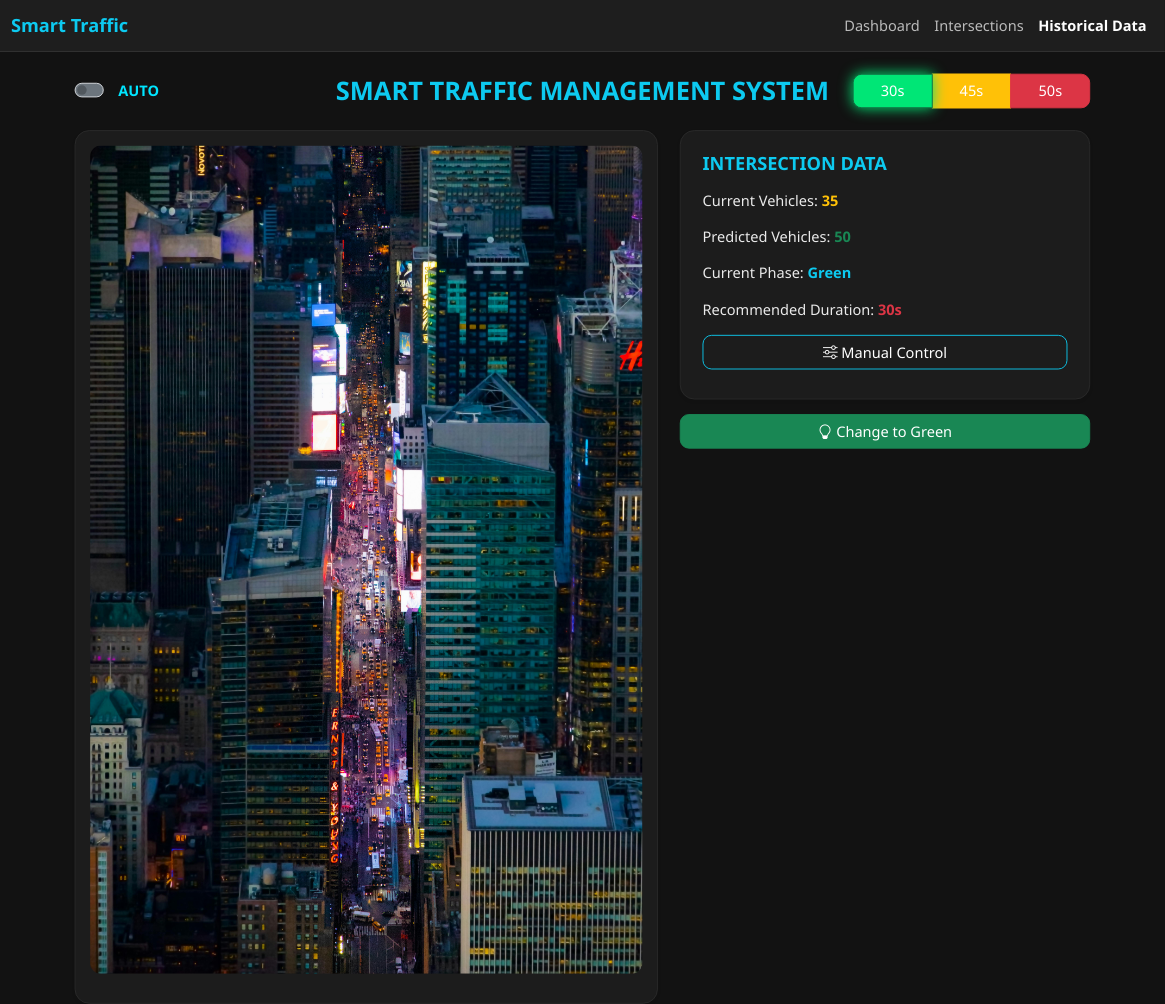
Repository: ayushkrpal/traffic-dashboard
Page: http://localhost/intersections
An editor plug-in stored every save of this project. The page is shown before and after a run of saves, followed by the edit.
The browser window is 1280 px wide. The pictures show the whole page, at 91% of full size.
The page is served by the project's Node server (server.js). Other server files are loaded and not shown.

Above is the page before, as saved 2025-09-02 15:56:59.

### views/intersections.ejs
<!DOCTYPE html>
<html lang="en">
<head>
  <meta charset="UTF-8">
  <title>Intersections</title>
  <link href="https://cdn.jsdelivr.net/npm/bootstrap@5.3.0/dist/css/bootstrap.min.css" rel="stylesheet">
  <link href="https://cdn.jsdelivr.net/npm/bootstrap-icons/font/bootstrap-icons.css" rel="stylesheet">

  <style>
    body {
      background-color: #121212;
      color: #eaeaea;  /* brighter text */
      font-family: 'Segoe UI', sans-serif;
    }

    /* Navbar */
    .navbar {
      background: #1e1e1e;
      border-bottom: 1px solid #333;
    }
    .navbar-brand {
      font-weight: bold;
    }
    .nav-link {
      color: #bbb !important;
      transition: color 0.2s ease;
    }
    .nav-link:hover {
      color: #ffffff !important;
    }
    .nav-link.active {
      color: #ffffff !important;
      font-weight: bold;
    }

    /* Cards */
    .card {
      background: #1c1c1c;
      border-radius: 16px;
      border: 1px solid #2a2a2a;
      box-shadow: 0 4px 20px rgba(0,0,0,0.7);
      color: #eaeaea;
    }

    /* Intersection image */
.intersection-img {
  height: 100%;          /* card takes full height */
  display: flex;         /* center the image */
  align-items: center;
  justify-content: center;
}

.intersection-img img {
  width: 100%;           /* fill card’s width */
  height: 100%;          /* fill card’s height */
  object-fit: cover;     /* cover the card while preserving aspect ratio */
  border-radius: 12px;   /* match card corners */
  transition: transform 0.3s ease;
}

.intersection-img img:hover {
  transform: scale(1.02); /* subtle zoom */
}




    /* Buttons */
    .btn-custom {
      border-radius: 10px;
      transition: all 0.3s ease;
      font-weight: 500;
      color: #fff !important;
    }
    .btn-custom:hover {
      transform: translateY(-2px);
      box-shadow: 0 6px 16px rgba(0,0,0,0.6);
    }

    /* Signal buttons */
    .btn-success.active {
      background: #00e676 !important;
      box-shadow: 0 0 15px #00e676;
    }
    .btn-warning.active {
      background: #ffc107 !important;   /* darker amber instead of bright yellow */
      color: #000 !important;
      box-shadow: 0 0 15px #ffc107;
    }
    .btn-danger.active {
      background: #ff1744 !important;
      box-shadow: 0 0 15px #ff1744;
    }

    /* Toggle label */
    #modeLabel {
      font-weight: bold;
    }
    #modeLabel.text-primary { color: #00e5ff !important; }
    #modeLabel.text-danger { color: #ff4081 !important; }
  </style>
</head>

<body>

  <!-- Navbar -->
  <nav class="navbar navbar-expand-lg navbar-dark">
    <div class="container-fluid">
      <a class="navbar-brand text-info" href="/">Smart Traffic</a>
      <button class="navbar-toggler" type="button" data-bs-toggle="collapse" data-bs-target="#navbarNav">
        <span class="navbar-toggler-icon"></span>
      </button>

      <div class="collapse navbar-collapse" id="navbarNav">
        <ul class="navbar-nav ms-auto">
          <li class="nav-item"><a class="nav-link" href="/">Dashboard</a></li>
          <li class="nav-item"><a class="nav-link" href="/intersections">Intersections</a></li>
          <li class="nav-item"><a class="nav-link active" href="/historical">Historical Data</a></li>
        </ul>
      </div>
    </div>
  </nav>

  <!-- Header Row -->
  <div class="container mt-4">
    <div class="row align-items-center mb-4">
      <!-- Left: Auto/Manual Toggle -->
      <div class="col-md-3 d-flex align-items-center">
        <div class="form-check form-switch">
          <input class="form-check-input bg-secondary" type="checkbox" role="switch" id="modeToggle">
          <label class="form-check-label ms-2" for="modeToggle"><span id="modeLabel" class="text-primary">AUTO</span></label>
        </div>
      </div>

      <!-- Center: Title -->
      <div class="col-md-6 text-center">
        <h3 class="fw-bold m-0 text-info">SMART TRAFFIC MANAGEMENT SYSTEM</h3>
      </div>

      <!-- Right: Signal Toggle Group -->
      <div class="col-md-3">
        <div class="btn-group w-100" role="group" aria-label="Signal Timing">
          <button type="button" class="btn btn-success btn-custom active" data-time="30">30s</button>
          <button type="button" class="btn btn-warning btn-custom" data-time="45">45s</button>
          <button type="button" class="btn btn-danger btn-custom" data-time="50">50s</button>
        </div>
      </div>
    </div>

    <!-- Content Row -->
    <div class="row">
      <!-- Left intersection graphic -->
      <div class="col-md-7">
        <div class="card p-3 text-center shadow-sm intersection-img">
          <img src="/pic/pic2.jpg"
               alt="intersection" class="img-fluid mb-3">
        </div>
      </div>

      <!-- Right intersection data -->
      <div class="col-md-5">
        <div class="card p-4 mb-3 shadow-sm">
          <h5 class="fw-bold mb-3 text-info">INTERSECTION DATA</h5>
          <p>Current Vehicles: <span class="text-warning fw-bold"><%= currentVehicles %></span></p>
          <p>Predicted Vehicles: <span class="text-success fw-bold"><%= predictedVehicles %></span></p>
          <p>Current Phase: <span class="text-info fw-bold"><%= currentPhase %></span></p>
          <p>Recommended Duration: <span class="text-danger fw-bold"><%= duration %>s</span></p>
          <a class="btn btn-outline-info w-100 btn-custom mb-2" href="/">
            <i class="bi bi-sliders"></i> Manual Control
          </a>
        </div>
        <button class="btn btn-success w-100 btn-custom">
          <i class="bi bi-lightbulb"></i> Change to Green
        </button>
      </div>
    </div>
  </div>

  <!-- Bootstrap JS -->
  <script src="https://cdn.jsdelivr.net/npm/bootstrap@5.3.0/dist/js/bootstrap.bundle.min.js"></script>

  <!-- Custom Script -->
  <script>
    const modeToggle = document.getElementById("modeToggle");
    const modeLabel = document.getElementById("modeLabel");

    modeToggle.addEventListener("change", () => {
      if (modeToggle.checked) {
        modeLabel.textContent = "MANUAL";
        modeLabel.classList.add("text-danger");
        modeLabel.classList.remove("text-primary");
      } else {
        modeLabel.textContent = "AUTO";
        modeLabel.classList.add("text-primary");
        modeLabel.classList.remove("text-danger");
      }
    });

    const signalButtons = document.querySelectorAll(".btn-group button");

    signalButtons.forEach(btn => {
      btn.addEventListener("click", () => {
        signalButtons.forEach(b => b.classList.remove("active"));
        btn.classList.add("active");

        const selectedTime = btn.getAttribute("data-time");
        console.log("Selected duration:", selectedTime + "s");
      });
    });
  </script>
</body>
</html>

### server.js
const express = require("express");
const app = express();

const path = require("path");

//sokcket io runs only on http server
//SOCKET-IO

const http=require('http');

const socketio=require('socket.io');

const server  = http.createServer(app);

const io = socketio(server);



//mongoose setup
const mongoose = require("mongoose");

// Import model
const IntersectionModel = require("./models/intersection");

// EJS setup
app.set("view engine", "ejs");
app.set("views", path.join(__dirname, "views"));



// Static files
app.use(express.static(path.join(__dirname, "public")));




io.on("connection", (socket) => {
  console.log("Client connected");

  // Client asks for data of a clicked intersection
  socket.on("getIntersectionData", (id) => {
    const fakeData = {
      id,
      name: id === 1 ? "Park Street" : id === 2 ? "Howrah Bridge" : "Salt Lake",
      currentVehicles: Math.floor(Math.random() * 50),
      predictedVehicles: Math.floor(Math.random() * 60),
      currentPhase: ["RED", "GREEN", "YELLOW"][Math.floor(Math.random() * 3)],
      duration: Math.floor(Math.random() * 60)
    };
    socket.emit("intersectionData", fakeData);
  });

  // Manual signal control
    socket.on("changeSignal", ({ id, color }) => {
    console.log(`Intersection ${id} changed to ${color}`);
    // TODO: later update database/ML/device here
  });
});


// Connect to MongoDB
mongoose.connect("mongodb://127.0.0.1:27017/traffic")
  .then(() => console.log("Connected to MongoDB"))
  .catch(err => console.error("MongoDB connection error:", err));


// ---------------- Routes ----------------

// Dashboard (Map)
app.get("/", async (req, res) => {
    res.render("index");

});

// Seed test data
app.get("/seed", async (req, res) => {
  try {
    await IntersectionModel.create([
      { id: 1, name: "Intersection A", lat: 28.61, lng: 77.21, status: "normal", volume: 1200, avgDelay: 30 },
      { id: 2, name: "Intersection B", lat: 28.62, lng: 77.22, status: "congested", volume: 2500, avgDelay: 90 }
    ]);
    res.send("Seeded sample data!");
  } catch (err) {
    console.error("Error seeding data:", err);
    res.status(500).send("Error seeding data");
  }
});

// Historical chart page
app.get("/historical", (req, res) => {
  res.render("historical", {
    labels: ["6 AM", "9 AM", "12 PM", "3 PM", "6 PM"],
    data: [50, 120, 90, 200, 150, 180],
    averageVehicles: 360,
    avgTime: "03:15"
  });
});


// Intersection details (example page)
app.get("/intersections", (req, res) => {
  res.render("intersections", {
    currentVehicles: 35,
    predictedVehicles: 50,
    currentPhase: "Green",
    duration: 30
  });
});

// ---------------- Start Server ----------------
server.listen(3000, () => {
  console.log("Server running at http://localhost:3000");
});

After the next 2 saves:
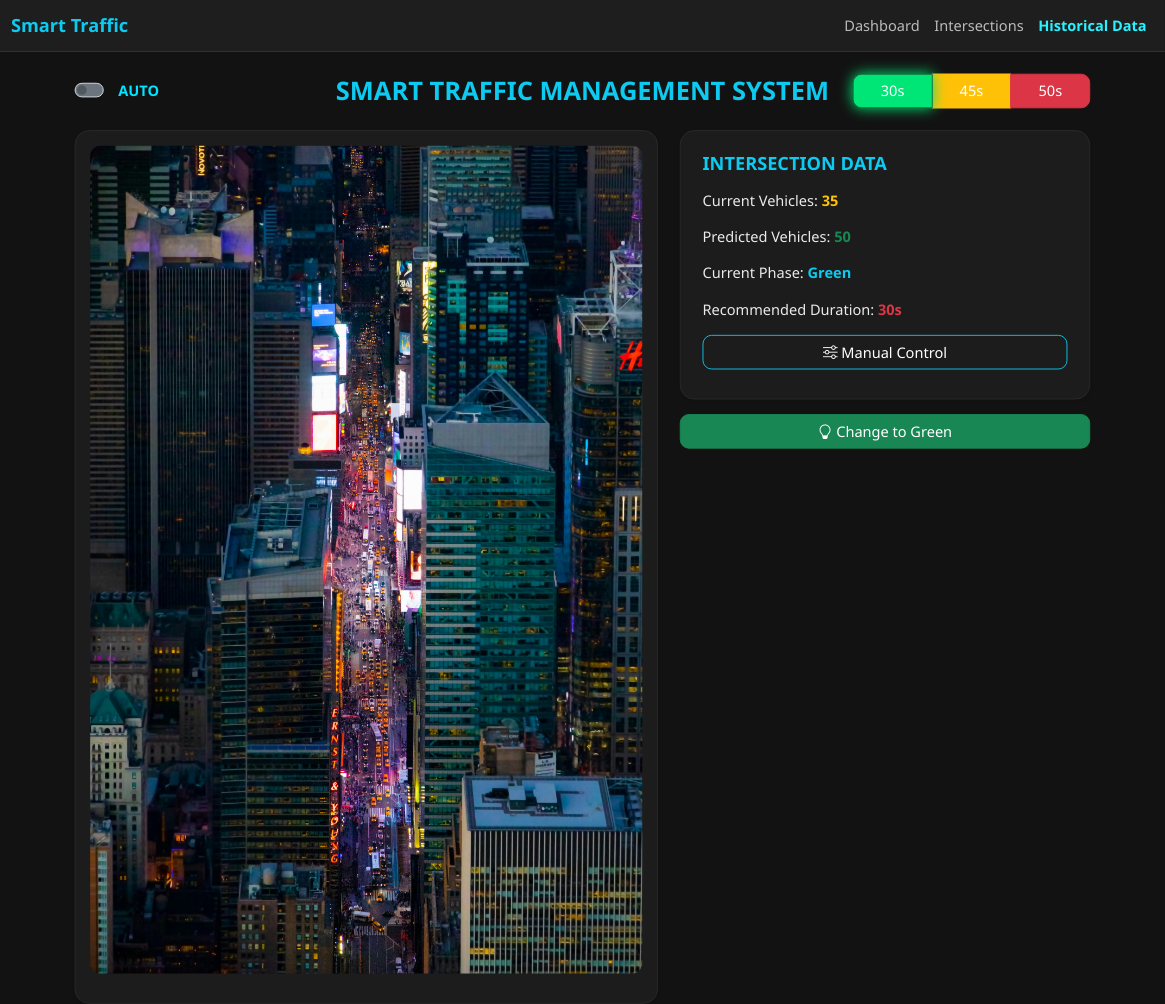
The 2 saves are shown as one change because they came seconds apart.
The last was saved 16 s later.
--- a/views/intersections.ejs
+++ b/views/intersections.ejs
@@ -29,7 +29,7 @@
       color: #ffffff !important;
     }
     .nav-link.active {
-      color: #ffffff !important;
+      color: #29f1ff !important;
       font-weight: bold;
     }
 
